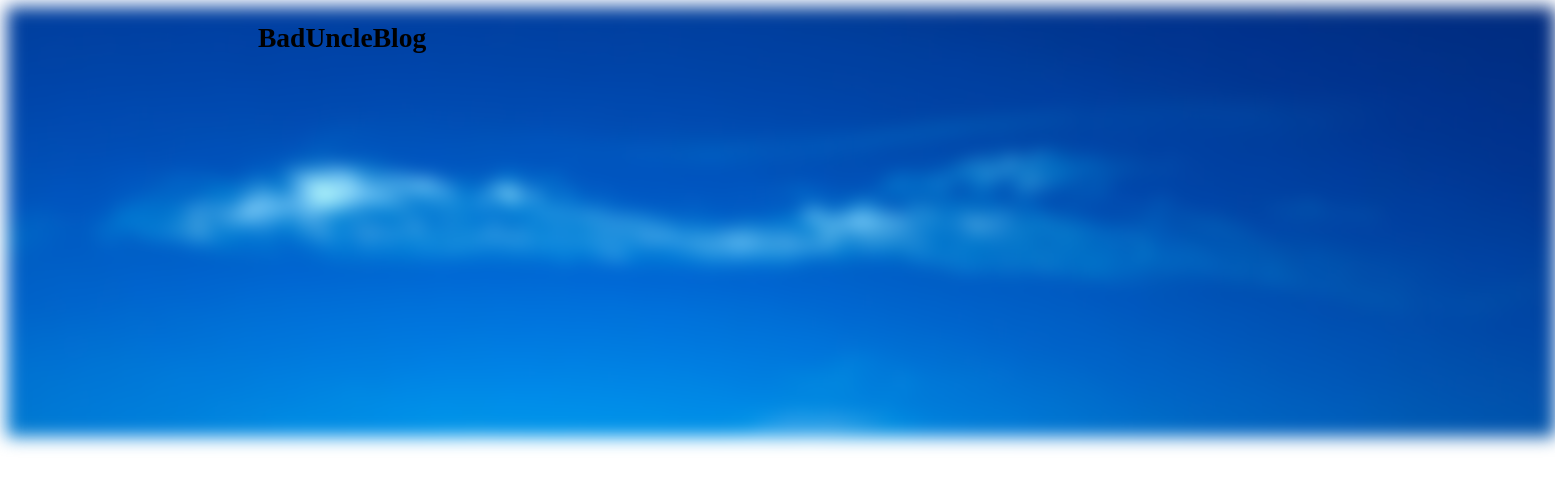
Repository: lidasi/monkeyLife
Page: http://localhost/monkeyLife/jsp/topbar.jsp
The author's editor kept a copy of each file at every save. The page is drawn from the files as they stood at one save, then again after the next save.
The browser window is 1280 px wide. The page is 1808 px wide, so the pictures cover 1808 px, including what lies to the right of the window. The pictures show the whole page, at 86% of full size.
The page is served by Tomcat 9.

Above is the page before, as saved 2017-07-13 07:06:04.

### workSpeaces/monkeyLife/WebContent/jsp/topbar.jsp
<%@ page language="java" contentType="text/html; charset=UTF-8"
    pageEncoding="UTF-8"%>
<!DOCTYPE html PUBLIC "-//W3C//DTD HTML 4.01 Transitional//EN" "http://www.w3.org/TR/html4/loose.dtd">
<html>
<head>
<meta http-equiv="Content-Type" content="text/html; charset=UTF-8">
<link rel="stylesheet" type="text/css" media="screen" href="../css/top.css">
<script type="text/javascript" src="../js/jquery.min.js"></script>
<title>topbar</title>
<script type="text/javascript">
        $(function(){
            var height = 500;
            var width = 1800;
            $("#backgroundImage").height(height).width(width);
        });
    </script>
</head>
<body>
	<div id="div-relative">
	<div id ="backgroundImage"></div>
		</div>
	<div id="title"><h1>BadUncleBlog</h1>


	</div>

</body>
</html>

### workSpeaces/monkeyLife/WebContent/css/top.css
@CHARSET "UTF-8";
.div-relative{position:relative; color:#000; border:1px solid #000; width:100%; height:200px}
#backgroundImage{
	position:absolute;
	border:1px;
/*    border: 1px solid #CCCCCC;
    padding:90px 5px 10px;*/
    background: url("../image/dock/backgroundImage.jpg") no-repeat;
    background-size: cover;
    -webkit-filter: blur(10px);
    -ms-filter: blur(10px);
    position:relative;
    filter: progid:DXImageTransform.Microsoft.Blur(PixelRadius=10, MakeShadow=false);
    animation:mymove 5s infinite;
    -webkit-animation:mymove 5s infinite;
}
@keyframes mymove
{
    0%   {top:0px; background:url("../image/dock/backgroundImage.jpg");}
    50% {top:0px; background:url("../image/dock/background_001.jpg");}
    100% {top:0px; background:url("../image/dock/backgroundImage.jpg");}
}

@-webkit-keyframes mymove
{
    0%   {top:0px; background:url("../image/dock/backgroundImage.jpg");
    }
    50%   {top:0px; background:url("../image/dock/background_001.jpg");
    }
    100% {top:0px; background:url("../image/dock/backgroundImage.jpg");
    }
}
#title{
	position:absolute; left:300px; top:5px; width: 300px; height: 100px;
}

Loaded but not shown: workSpeaces/monkeyLife/WebContent/js/jquery.min.js (library)

After the next save:
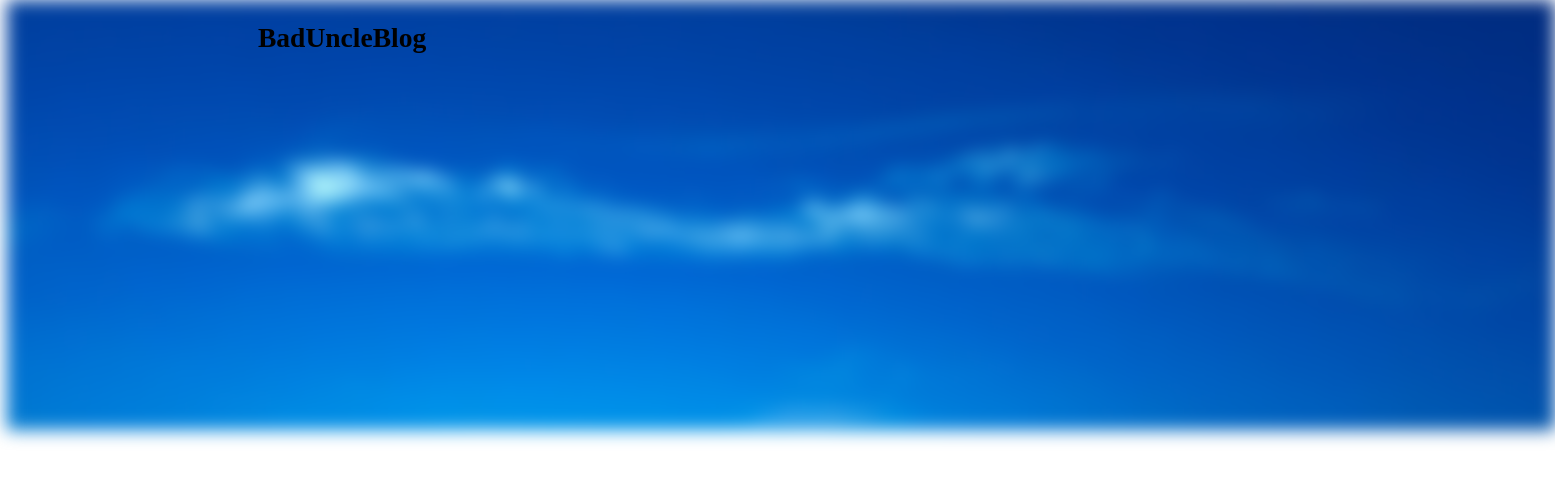
Saved 3 min 47 s later.
--- a/workSpeaces/monkeyLife/WebContent/css/top.css
+++ b/workSpeaces/monkeyLife/WebContent/css/top.css
@@ -9,7 +9,6 @@
     background-size: cover;
     -webkit-filter: blur(10px);
     -ms-filter: blur(10px);
-    position:relative;
     filter: progid:DXImageTransform.Microsoft.Blur(PixelRadius=10, MakeShadow=false);
     animation:mymove 5s infinite;
     -webkit-animation:mymove 5s infinite;
